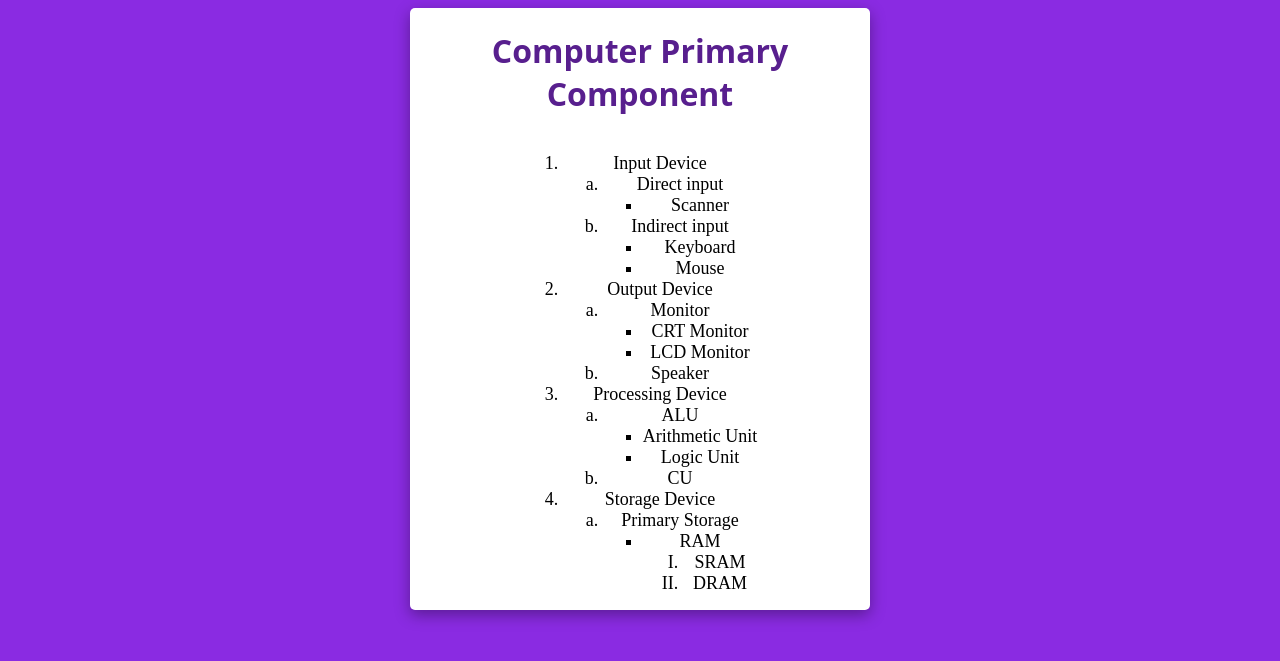
Repository: SharonSebastian32/Nested_List_in_html
Page: index.html
The author's editor kept a copy of each file at every save. The page is drawn from the files as they stood at one save, then again after the next save.
The browser window is 1280 px wide. The pictures show the whole page.

Above is the page before, as saved 2024-09-01 08:22:27.

### index.html
<!DOCTYPE html>
<html lang="en">
  <head>
    <meta charset="UTF-8" />
    <meta name="viewport" content="width=device-width, initial-scale=1.0" />
    <title>Document</title>
    <link rel="stylesheet" href="./Styles/Styles.css" />
    <link href="https://unpkg.com/aos@2.3.1/dist/aos.css" rel="stylesheet" />
    <style>

    </style>
  </head>
  <body style="background-color: blueviolet">
    <center>
      <div class="listitem"
        data-aos="zoom-in-up"
      >
        <h1 class="head" style="color: rgb(88, 31, 142)">Computer Primary Component</h1>
        <ol>
          <li>Input Device</li>
          <ol type="a">
            <li>Direct input</li>
            <ul style="list-style-type: square">
              <li>Scanner</li>
            </ul>
            <li>Indirect input</li>
            <ul>
              <li>Keyboard</li>
              <li>Mouse</li>
            </ul>
          </ol>
          <li>Output Device</li>
          <ol type="a">
            <li>Monitor</li>
            <ul>
              <li>CRT Monitor</li>
              <li>LCD Monitor</li>
            </ul>
            <li>Speaker</li>
          </ol>
          <li>Processing Device</li>
          <ol type="a">
            <li>ALU</li>
            <ul>
              <li>Arithmetic Unit</li>
              <li>Logic Unit</li>
            </ul>
            <ul></ul>
            <li>CU</li>
          </ol>
          <li>Storage Device</li>
          <ol type="a">
            <li>Primary Storage</li>
            <ul>
              <li>RAM</li>
              <ol type="I">
                <li>SRAM</li>
                <li>DRAM</li>
              </ol>
            </ul>
          </ol>
        </ol>
      </div>
    </center>
    <script src="https://unpkg.com/aos@2.3.1/dist/aos.js"></script>
    <script>
      AOS.init();
    </script>
  </body>
</html>

### Styles/Styles.css
*{
    font-family: system-ui, -apple-system, BlinkMacSystemFont, 'Segoe UI', Roboto, Oxygen, Ubuntu, Cantarell, 'Open Sans', 'Helvetica Neue', sans-serif;

}
.listitem{
   border-radius: 5px;
    display: flex;
    flex-wrap: wrap;
    justify-content: center;
    align-items: center;
    flex-direction: column;
    background-color: rgb(255, 255, 255);
    width: 460px;
    box-shadow: rgba(0, 0, 0, 0.35) 0px 5px 15px;
}


body{
    background-color:blueviolet;
}
   li {
       font-size: 18px;
       font-family: "Times New Roman", Times, serif;
   }

   div:hover {
       transform: scale(1.1);
   }

After the next save:
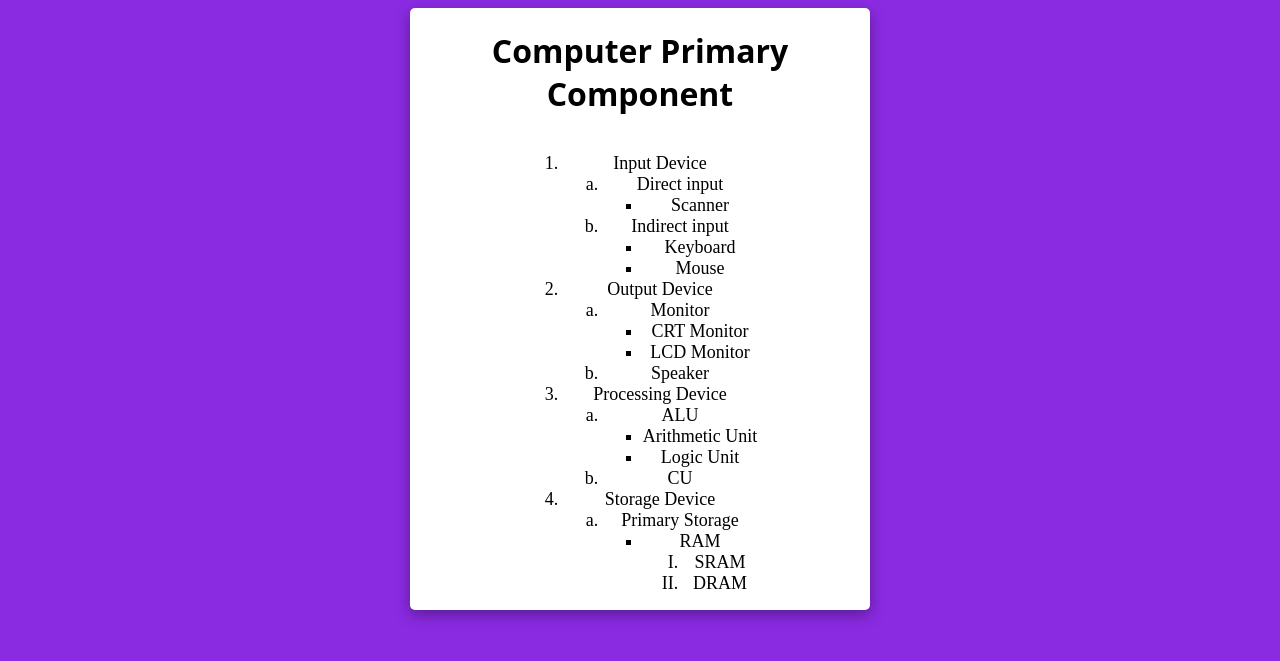
Saved 9 s later.
--- a/index.html
+++ b/index.html
@@ -15,7 +15,7 @@
       <div class="listitem"
         data-aos="zoom-in-up"
       >
-        <h1 class="head" style="color: rgb(88, 31, 142)">Computer Primary Component</h1>
+        <h1 class="head" style=" ">Computer Primary Component</h1>
         <ol>
           <li>Input Device</li>
           <ol type="a">

After the 2 saves that followed:
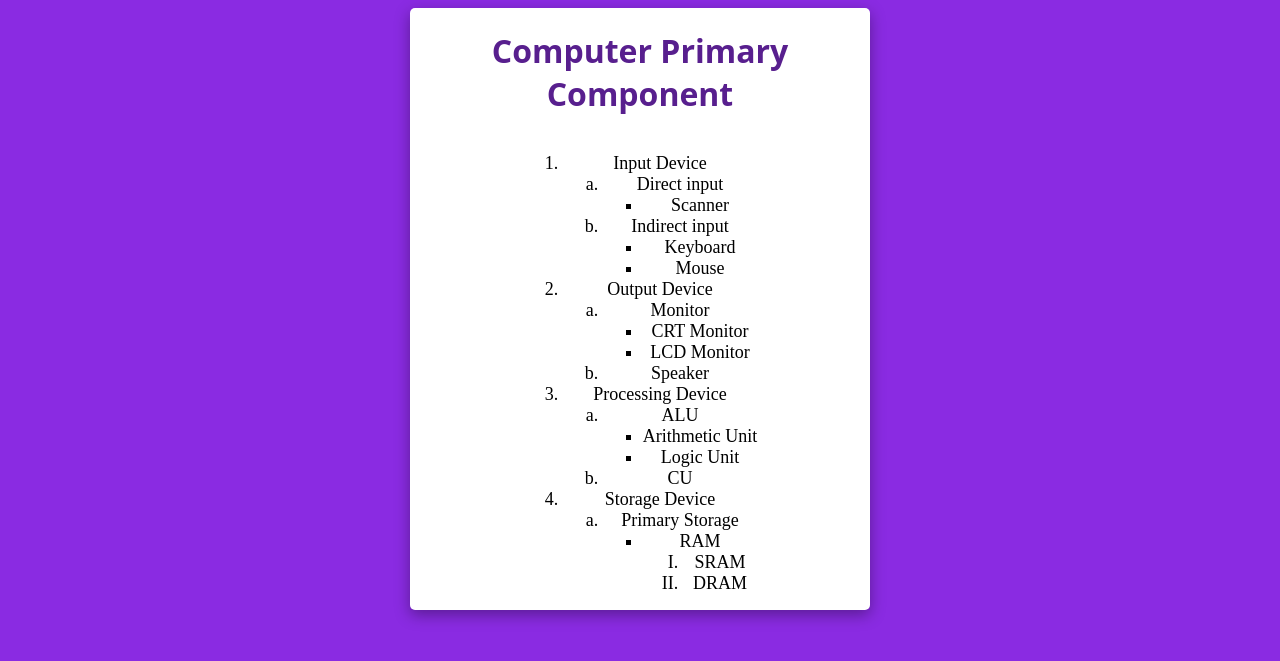
The 2 saves are shown as one change because they came seconds apart.
The last was saved 9 s later.
--- a/Styles/Styles.css
+++ b/Styles/Styles.css
@@ -26,3 +26,9 @@ body{
    div:hover {
        transform: scale(1.1);
    }
+
+
+
+   .head{
+    color: rgb(88, 31, 142)
+   }
